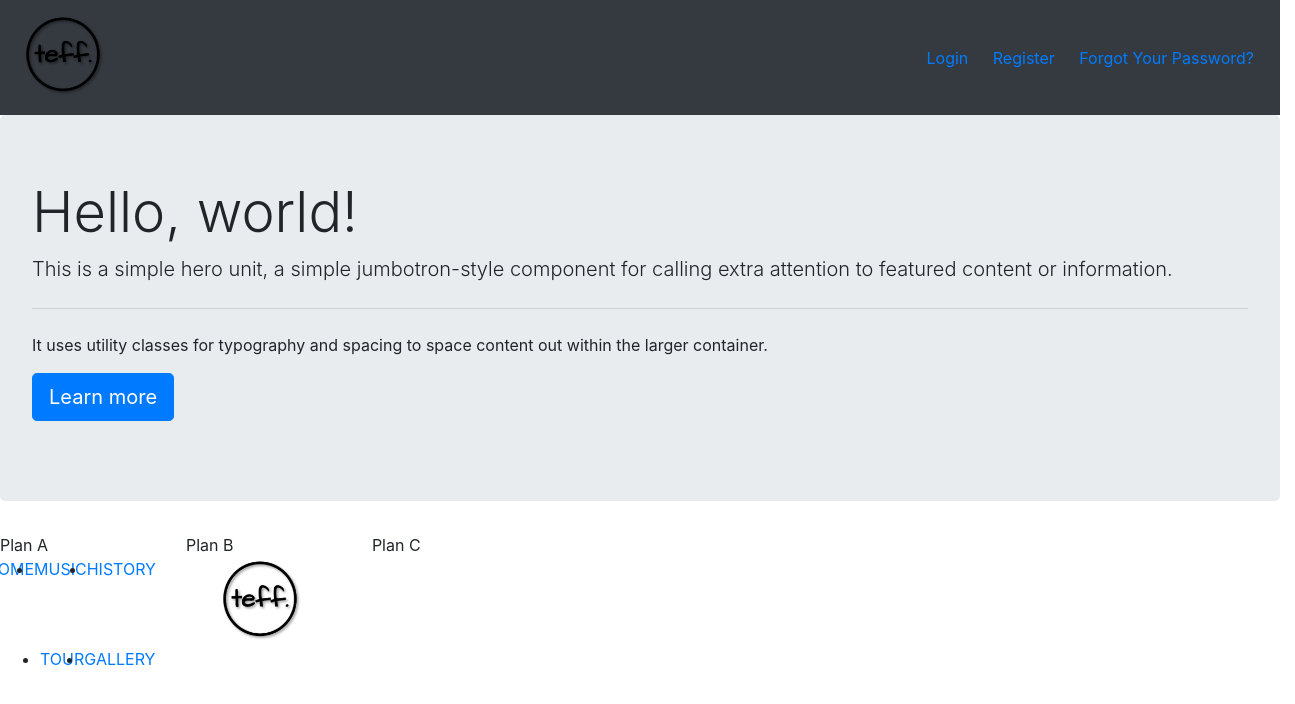
Repository: SamLookingGlass/FullStackDevelopment-Project
Page: accounts/templates/index.html
The author's editor kept a record of every edit. The page is drawn from the files as they stood at one moment, then again after the next edit.
The browser window is 1280 px wide. The page is 1295 px wide, so the pictures cover 1295 px, including what lies to the right of the window. The pictures show the whole page.
The page is served by the project's application, run on Django 2.2 (manage.py). The template is opened directly, without the code that normally fills it, so the values that code supplies are empty.

Above is the page before.

After the next edit:
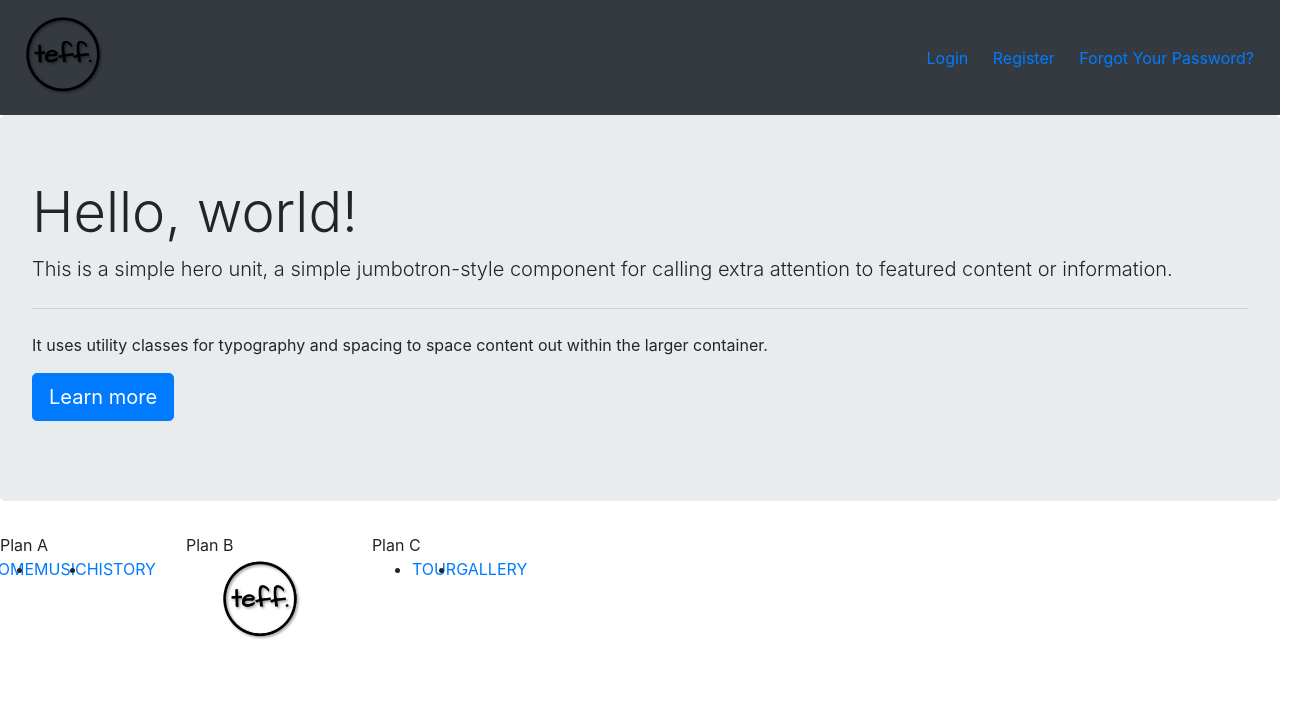
The edit:
--- a/accounts/templates/index.html
+++ b/accounts/templates/index.html
@@ -37,7 +37,7 @@
                      <img id="navlogo" class="img-fluid" src="images/logo/logo.png" alt="Quests Logo">
                 </a>
                 </div>
-                <div class="col-5 navnew navright d-lg-flex justify-content-start">
+                <div class="col-4 navnew navright d-lg-flex justify-content-start">
                     <ul class="d-flex">
                         <li><a href="tour.html">TOUR</a></li>
                         <li><a href="gallery.html">GALLERY</a></li>
